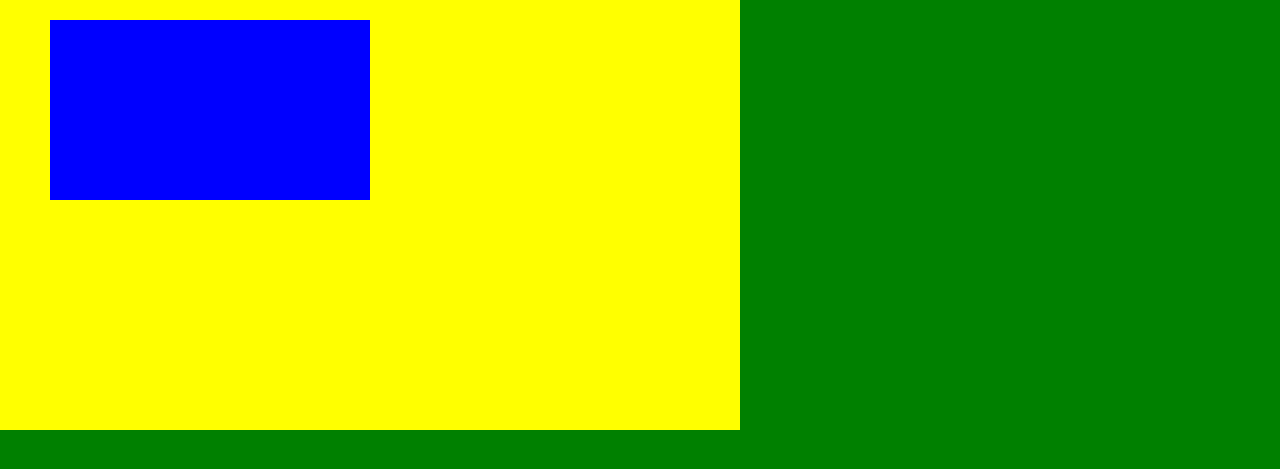
Repository: wonjunknag/kakao-clone
Page: 02-box-model/index.html
These files come from the project's save history. The page is drawn as it stood at one moment and after the next save; the edit follows.
The browser window is 1280 px wide. The pictures show the whole page.

Above is the page before, as saved 2020-06-30 23:04:24.

After the next save:
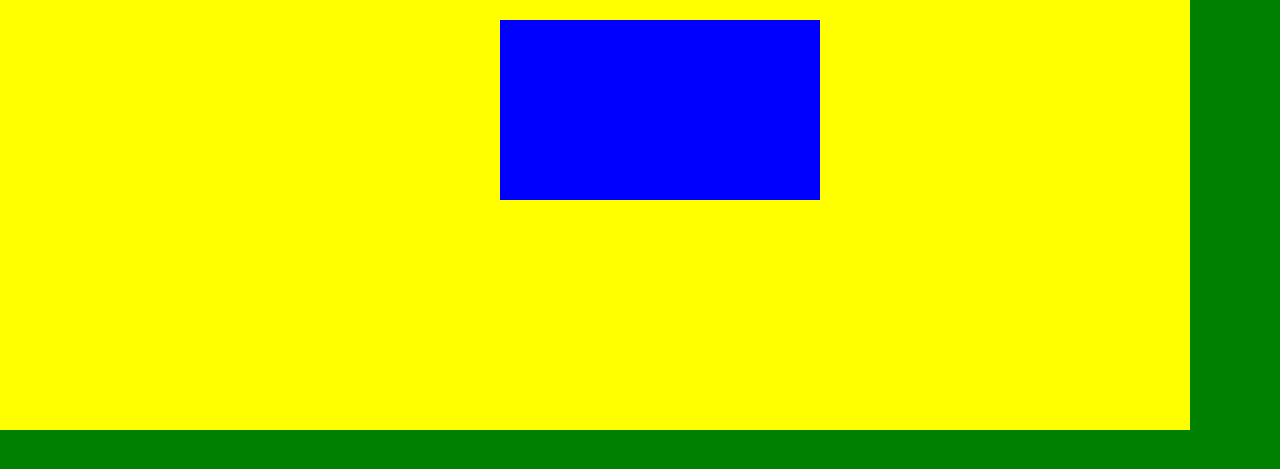
Saved 8 s later.
--- a/02-box-model/index.html
+++ b/02-box-model/index.html
@@ -17,7 +17,7 @@
         background-color: yellow;
         width: 50%;
         height: 50%;
-        padding: 20px 50px 50px 50px;
+        padding: 20px 50px 50px 500px;
       }
       .inside-box {
         background-color: blue;
